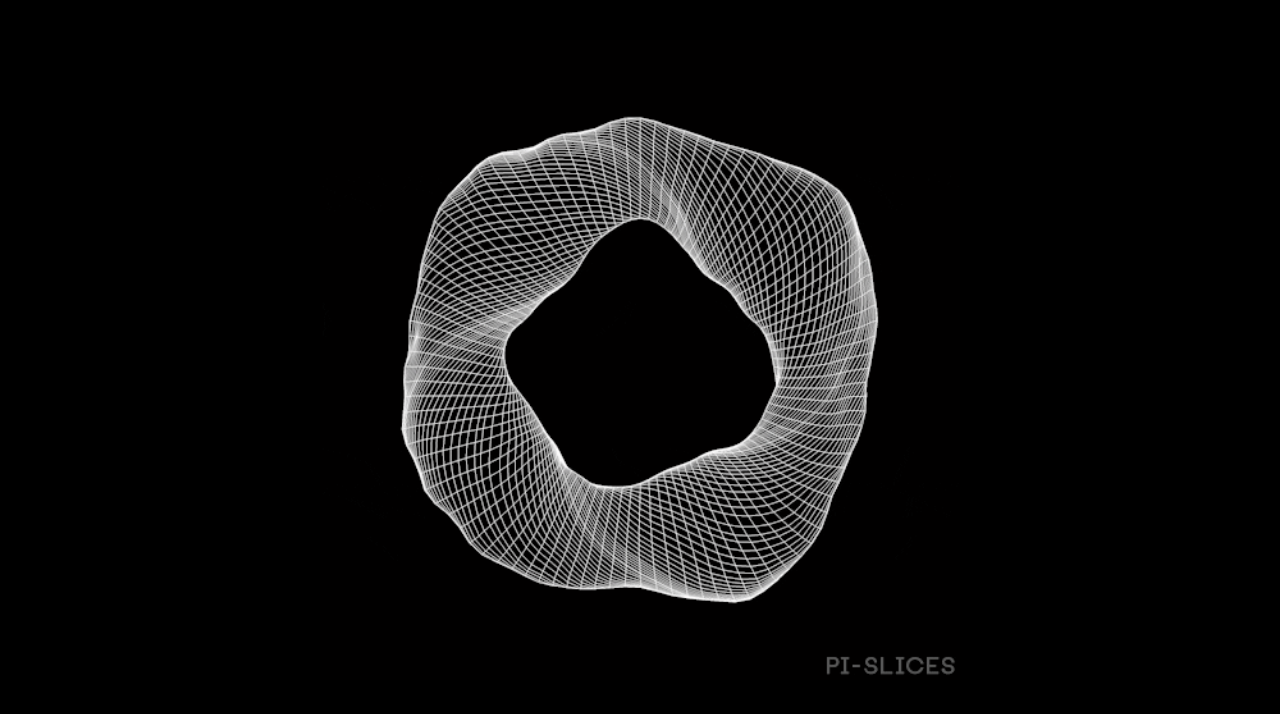
Repository: Csiddharth7906/MovieAppUpdatedVersion
Page: / (app in MVXC-MovieWebApplication/)
The author's editor kept a copy of each file at every save. The page is drawn from the files as they stood at one save, then again after a run of saves.
The browser window is 1280 px wide. The pictures show the whole page.
The page's requests for data from a server got no answer. Some web libraries are served in a nearby version. The project was rebuilt for these pictures with package versions that can differ from the ones it lists, and the page was loaded fresh each time. No one was signed in, and anything a server would have sent is missing. Also part of the build but not shown: MVXC-MovieWebApplication/vite.config.js, MVXC-MovieWebApplication/src/templates/Sidenav.jsx, MVXC-MovieWebApplication/src/templates/Topnav.jsx, MVXC-MovieWebApplication/src/templates/Header.jsx, MVXC-MovieWebApplication/src/templates/DropDown.jsx, MVXC-MovieWebApplication/src/templates/HorizontalCards.jsx.

Above is the page before, as saved 2025-06-18 10:53:04.

After the next 2 saves:
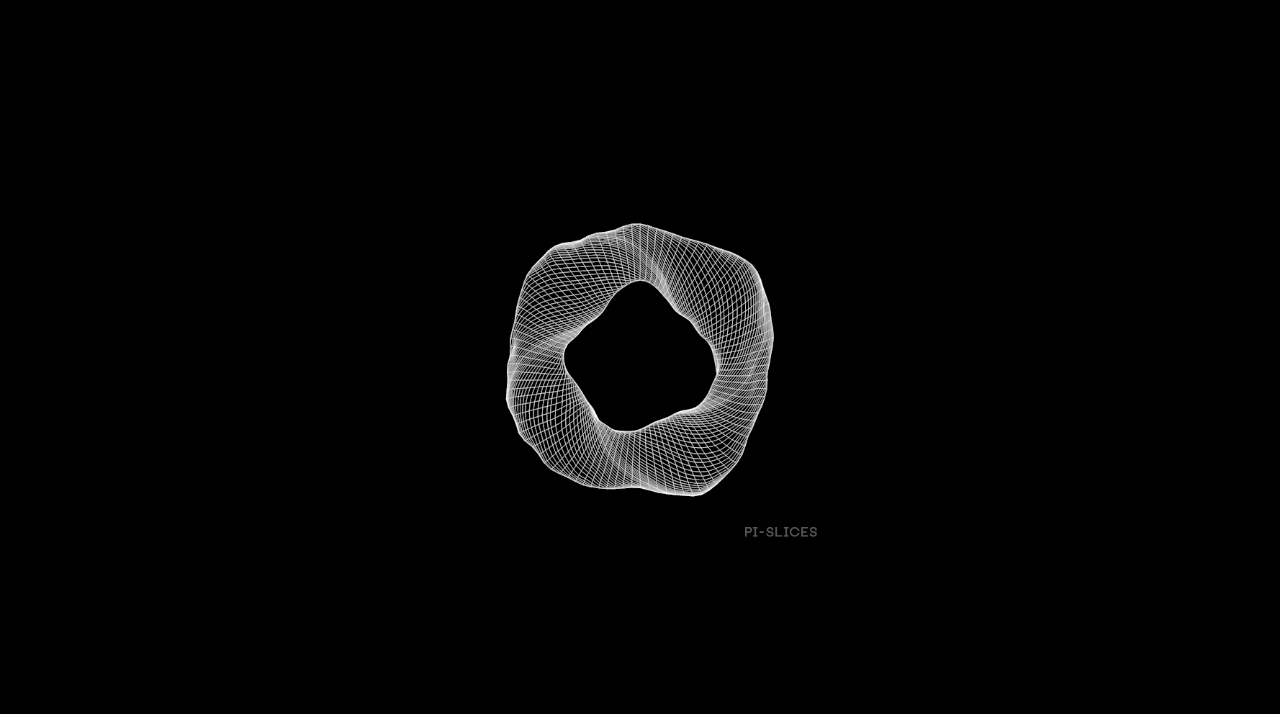
The 2 saves are shown as one change because they came seconds apart.
The last was saved 11 s later.
--- a/MVXC-MovieWebApplication/src/components/Loading.jsx
+++ b/MVXC-MovieWebApplication/src/components/Loading.jsx
@@ -3,7 +3,7 @@ import loader  from '/loader.gif'
 const Loading = () => {
   return (
     <div className='w-screen h-screen flex justify-center items-center bg-black '>
-        <img  className='w-[50%]  object-cover' src={loader} alt="" />
+        <img  className='h-[50%]  object-cover' src={loader} alt="" />
     </div>
   )
 }
